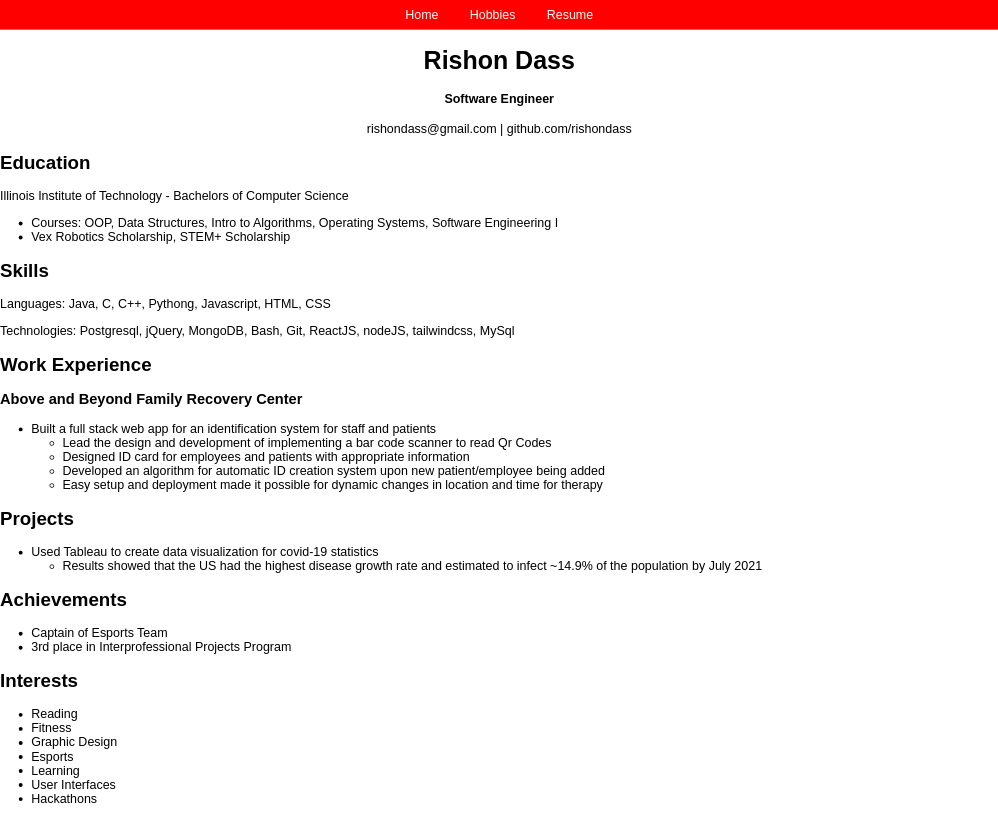
Repository: rishondass/ITMD361-Project2
Page: resume.html
An editor plug-in stored every save of this project. The page is shown before and after a run of saves, followed by the edit.
The browser window is 1280 px wide. The pictures show the whole page, at 78% of full size.

Above is the page before, as saved 2023-03-07 23:33:07.

After the next 3 saves:
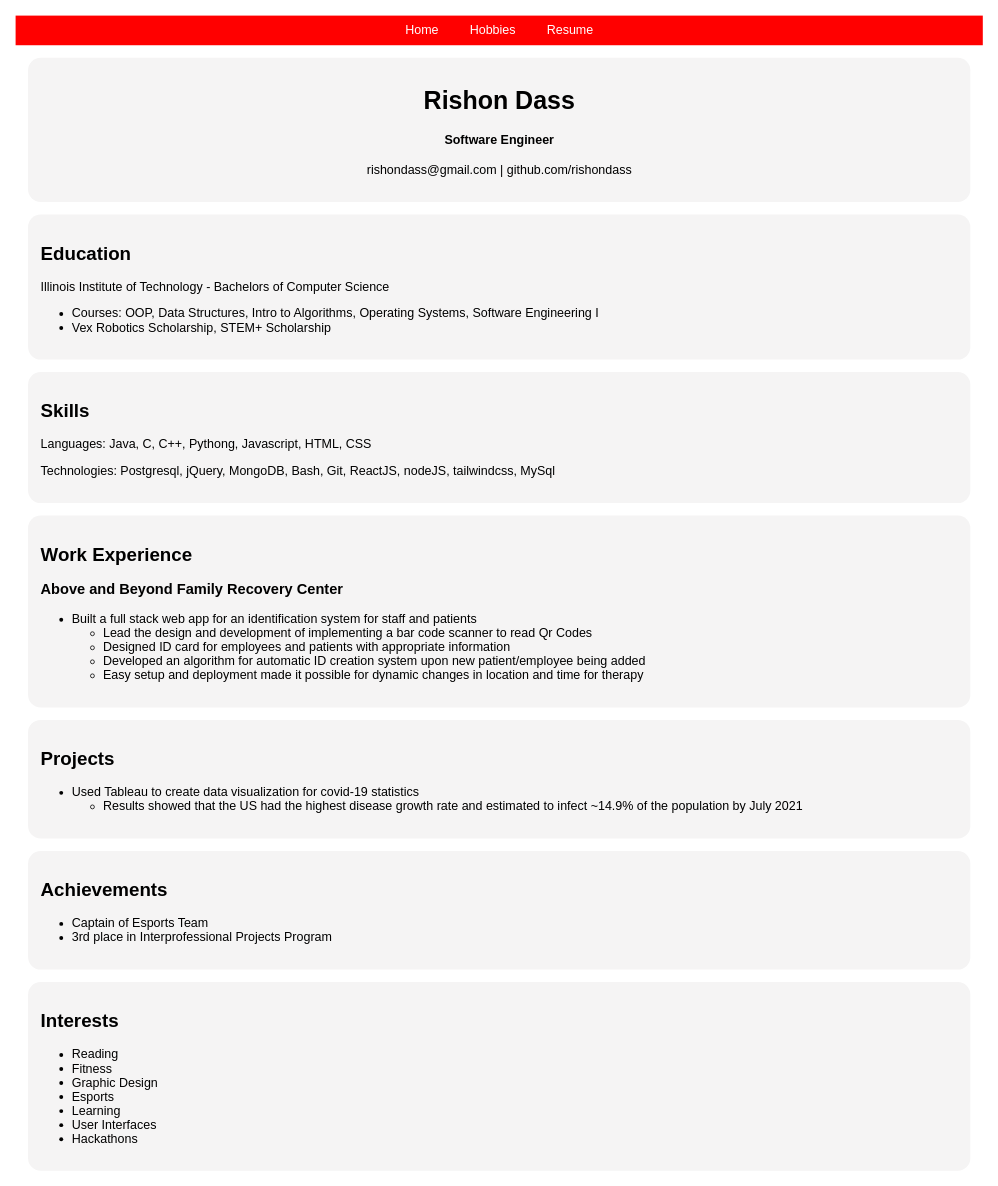
The 3 saves are shown as one change because they came seconds apart.
The last was saved 23 s later.
--- a/resume.html
+++ b/resume.html
@@ -7,7 +7,7 @@
     <link rel="stylesheet" href="css/normalize.css">
     <title>Resume</title>
 </head>
-<body>
+<body id="main-container">
     <nav id="main-nav">
         <ul>
             <li>
